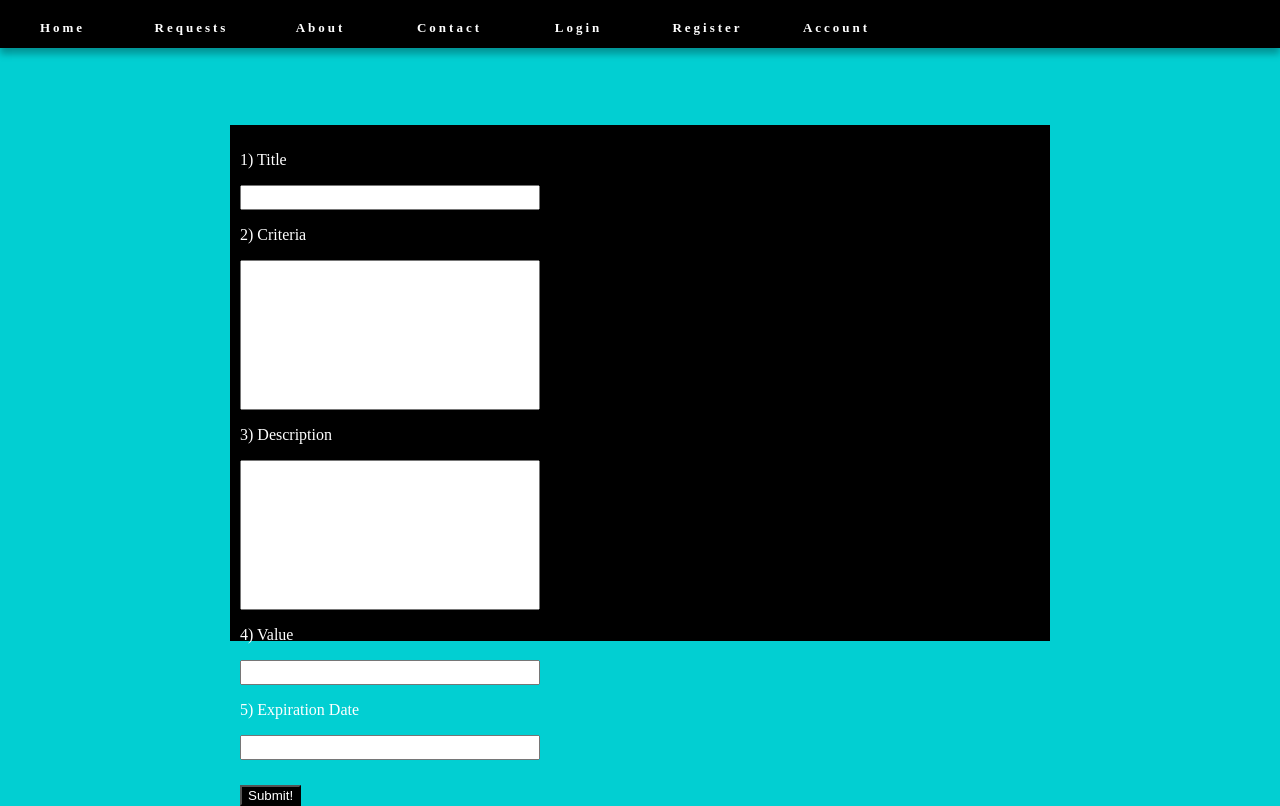
Repository: mailog/Tomorrow
Page: http://localhost/requests
An editor plug-in stored every save of this project. The page is shown before and after the next save, followed by the edit.
The browser window is 1280 px wide. The pictures show the whole page.
The page is this project's Thymeleaf template; nobody is signed in. The template is opened directly, without the code that normally fills it, so the values that code supplies are empty.

Above is the page before, as saved 2017-07-30 03:48:38.

### Tomorrow/src/main/resources/templates/requests.html
<html xmlns:th="http://www.thymeleaf.org">
<head>
<title>Requests</title>
<link rel="stylesheet" type="text/css" href="/css/toolbar.css" />
<link rel="stylesheet" type="text/css" href="/css/requests.css" />
<link rel="stylesheet" type="text/css" href="/css/label.css" />
</head>
<body>

<div class = "toolbar">
	<a href = "/">
		<button class = "tool_button"> Home </button>
	</a>
	<a href = "/requests">
		<button class = "tool_button"> Requests </button>
	</a>
	<a href = "/about">
		<button class = "tool_button"> About </button>
	</a>
	<a href = "/contact">
		<button class = "tool_button"> Contact </button>
	</a>
	<a href = "/login">
		<button class = "tool_button"> Login </button>
	</a>
	<a href = "/register">
		<button class = "tool_button"> Register </button>
	</a>
	<a href = "/account">
		<button class = "tool_button"> Account </button>
	</a>
</div>

<div id = "requests">
	<form class = "form-request" action = "#" th:action = "@{/requests}" th:object="${request}" method = "post">
		<div id = "column1">
			<div class = "label">
				<p>1) Title</p>
			</div>
			<input type = "text" class = "inp_title" th:field = "*{title}"/>
			<div class = "label">
				<p>2) Criteria</p>
			</div>
			<input type = "text" class = "inp_criteria" th:field = "*{criteria}"/>
			<div class = "label">
				<p>3) Description</p>
			</div>
			<input type = "text" class = "inp_description" th:field = "*{description}"/>
		</div>
		<div id = "column2">
			<div class = "label">
				<p>4) Value</p>
			</div>
			<input type = "text" class = "inp_value" th:field = "*{value}"/>
			<div class = "label">
				<p>5) Expiration Date </p>
			</div>
			<input type = "text" class = "inp_expiration" th:field = "*{expiration}"/>
			<button class = "submit_button" value = "Submit"> Submit! </button>
		</div>
	</form>
</div>
</body>
</html>

### Tomorrow/src/main/resources/static/css/toolbar.css
/*------------------STATIC------------------*/
/*------------------------------------------*/

/*-------------------BODY-------------------*/

	body{
		background-color: #02CFD2;
		color: white;
	}


/*------------------------------------------*/

/*---------------TOOLBAR--------------------*/
	.toolbar{
		width:100%;
		height: 48px;
		z-index: 1;
		opacity: 1;
		position: absolute;
		left: 0px;
		top: 0px;
		float: center;
		padding 0 0 0 0;
		margin-left:auto;
		margin-right:auto;
		background-color: black;
		-webkit-box-shadow: 0px 6px 7px 0px rgba(0,0,0,0.29);
		-moz-box-shadow: 0px 6px 7px 0px rgba(0,0,0,0.29);
		box-shadow: 0px 6px 7px 0px rgba(0,0,0,0.29);
	}

	.tool_button{
		height: 35px;
		width: 125px;
		display:inline;
		background-color: black;
		color:white;
		padding: 0px;
		font-family: Browalia-New;
		font-size: 13px;
		font-weight:bold;
		letter-spacing: 3px;
		border:none;
		cursor: pointer;
		margin-top: 10px;
		margin-bottom: 6px;
		margin-right: 0px;
		margin-left: 0px;
		border-bottom-style: none;
		text-decoration:none;
	}

	.tool_button:hover{
		text-decoration:none;
		border-bottom-style: solid;
		border-bottom-width:3px;
		border-bottom-color:#FFFFFF;
	}

	.toolbar a{
		text-decoration:none;
	}

/*------------------------------------------*/

/*-----------------BUTTONS------------------*/
	.introbtn{}

	.tutorialbtn{
	}

	.registerbtn{
	}

/*------------------------------------------*/

/*------------------INFO--------------------*/

/*------------------------------------------*/

### Tomorrow/src/main/resources/static/css/requests.css
#requests
{
	background-color:#000000;
	position: relative;
	margin: 125px auto;
	color:white;
	height:496px;
	width: 800px;
	padding: 10px;
}

.inp_title
{
	width: 300px;
	height:25px;
}

.inp_criteria
{
	width: 300px;
	height: 150px;
}

.inp_description
{
	width: 300px;
	height: 150px;
}

.inp_value
{
	width:300px;
	height: 25px;
}

.inp_expiration
{
	width:300px;
	height:25px;
}

.submit_button
{
	margin-top: 25px;
	display:block;
	background-color:black;
	color: white;
	cursor:pointer;
	text-decoration:none;
}

### Tomorrow/src/main/resources/static/css/label.css
#about
{
	background-color:#C0966C;
	position: relative;
	margin: 125px auto;
	color:white;
	height:496px;
	width: 800px;
	padding: 10px;
	-webkit-box-shadow: 0px 0px 7px 7px rgba(0,0,0,0.29);
	-moz-box-shadow: 0px 0px 7px 7px rgba(0,0,0,0.29);
	box-shadow: 0px 0px 7px 7px rgba(0,0,0,0.29);
}

After the next save:
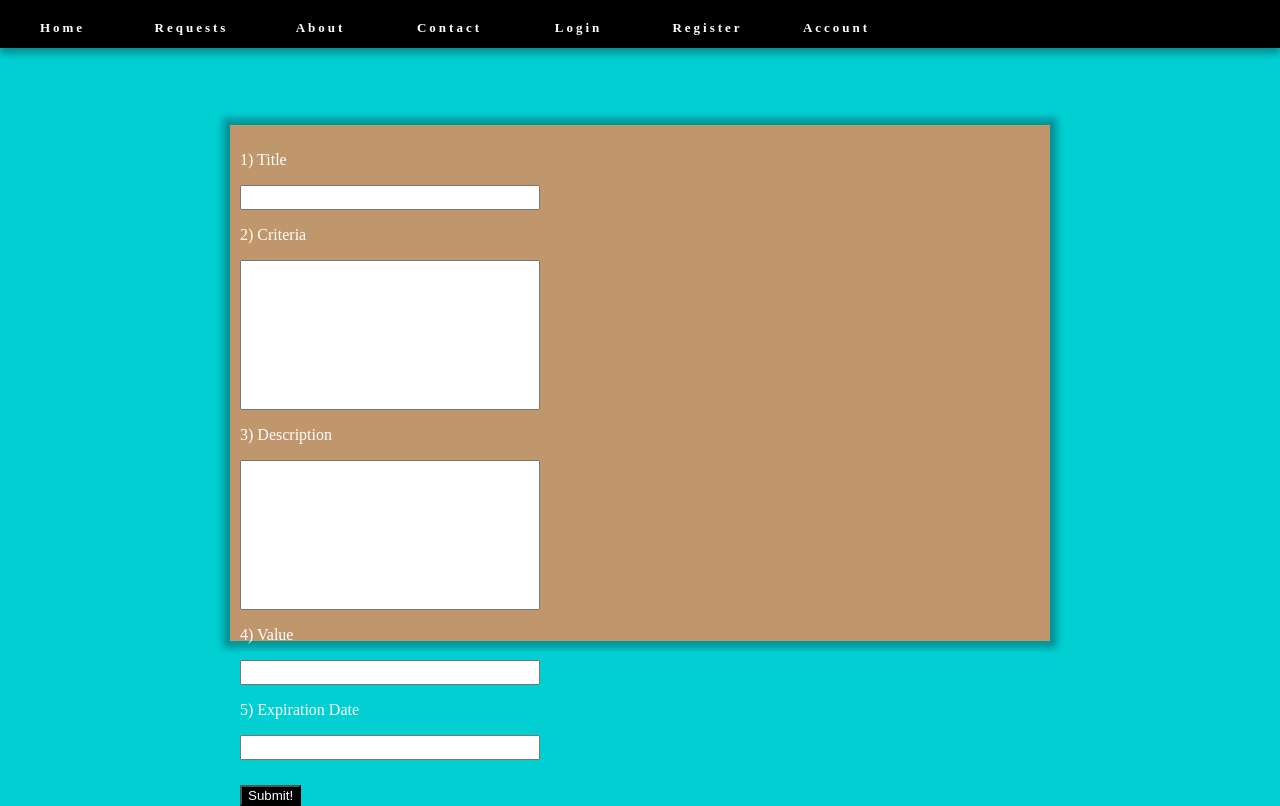
Saved 4 s later.
--- a/Tomorrow/src/main/resources/static/css/requests.css
+++ b/Tomorrow/src/main/resources/static/css/requests.css
@@ -1,12 +1,15 @@
 #requests
 {
-	background-color:#000000;
+	background-color:#C0966C;
 	position: relative;
 	margin: 125px auto;
 	color:white;
 	height:496px;
 	width: 800px;
 	padding: 10px;
+	-webkit-box-shadow: 0px 0px 7px 7px rgba(0,0,0,0.29);
+	-moz-box-shadow: 0px 0px 7px 7px rgba(0,0,0,0.29);
+	box-shadow: 0px 0px 7px 7px rgba(0,0,0,0.29);
 }
 
 .inp_title
